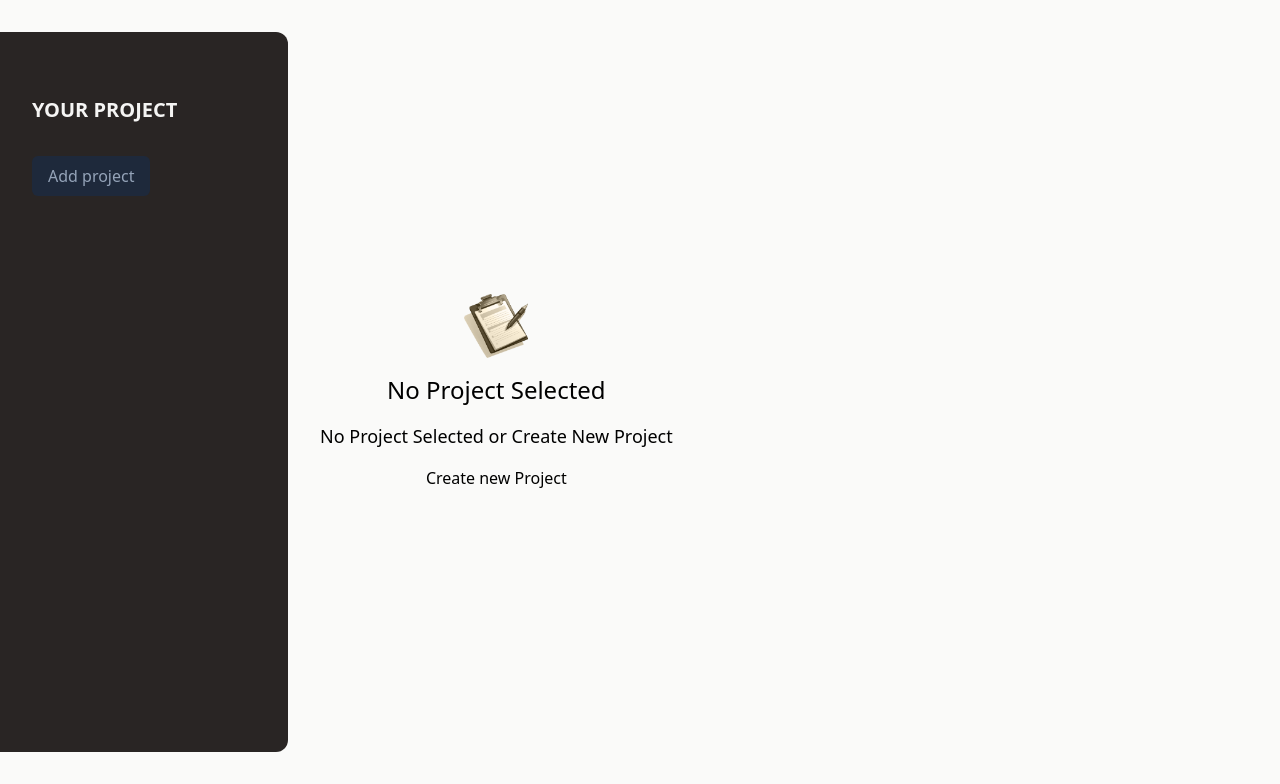
Repository: sibi24sibi/todo-list-using-reactjs
Page: /
These files come from the project's save history. The page is drawn as it stood at one moment and after the next save; the edit follows.
The browser window is 1280 px wide. The pictures show the whole page.
The project was rebuilt for these pictures with package versions that can differ from the ones it lists, and the page was loaded fresh each time. Also part of the build but not shown: vite.config.js, src/Components/Input.jsx, src/Components/NewProjects.jsx.

Above is the page before, as saved 2024-06-24 14:47:13.

After the next save:
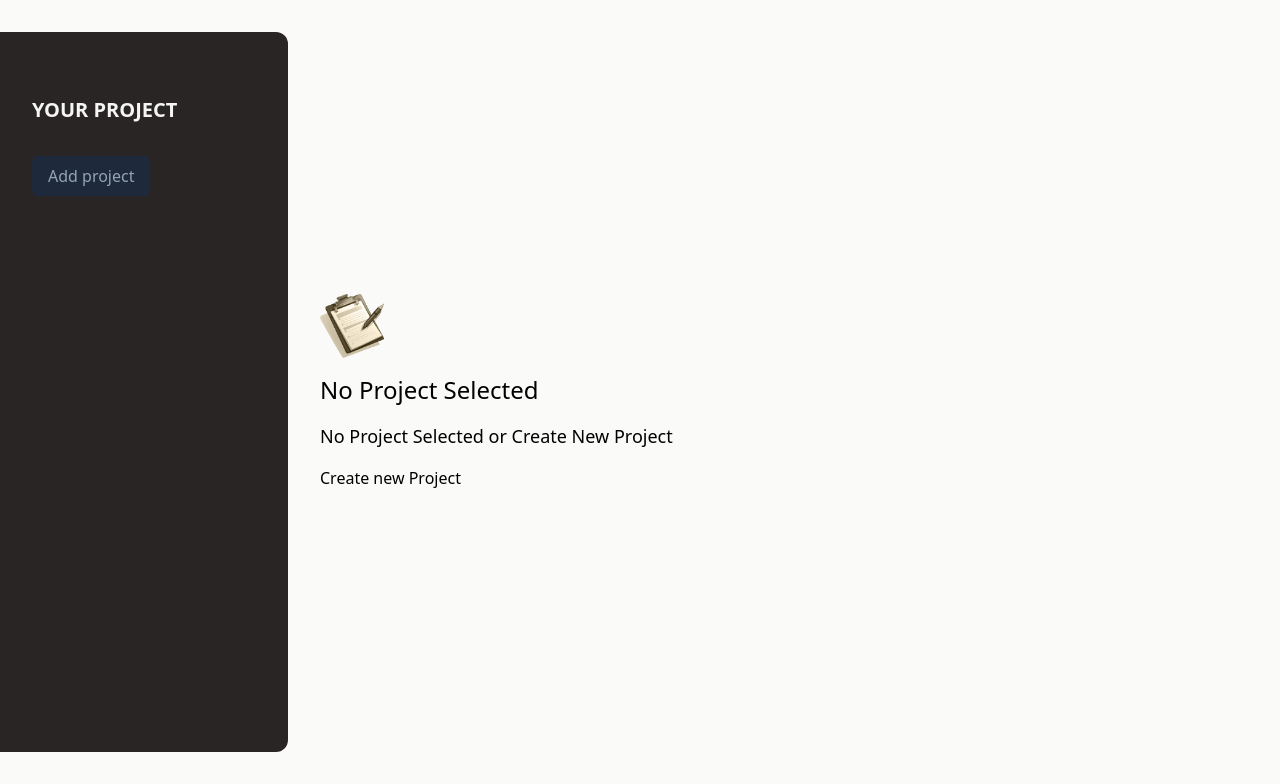
Saved 12 s later.
--- a/src/Components/NoProjects.jsx
+++ b/src/Components/NoProjects.jsx
@@ -2,7 +2,7 @@
 
 export default function Noprojects() {
   return (
-    <div className="flex flex-col gap-4 justify-center items-center">
+    <div className="flex flex-col gap-4 justify-center">
       <img src={noProjects} alt="No Projects" className="w-16 h-16" />
       <h2 className="text-2xl ">No Project Selected</h2>
       <p className=" text-lg">No Project Selected or Create New Project</p>

After the save that followed:
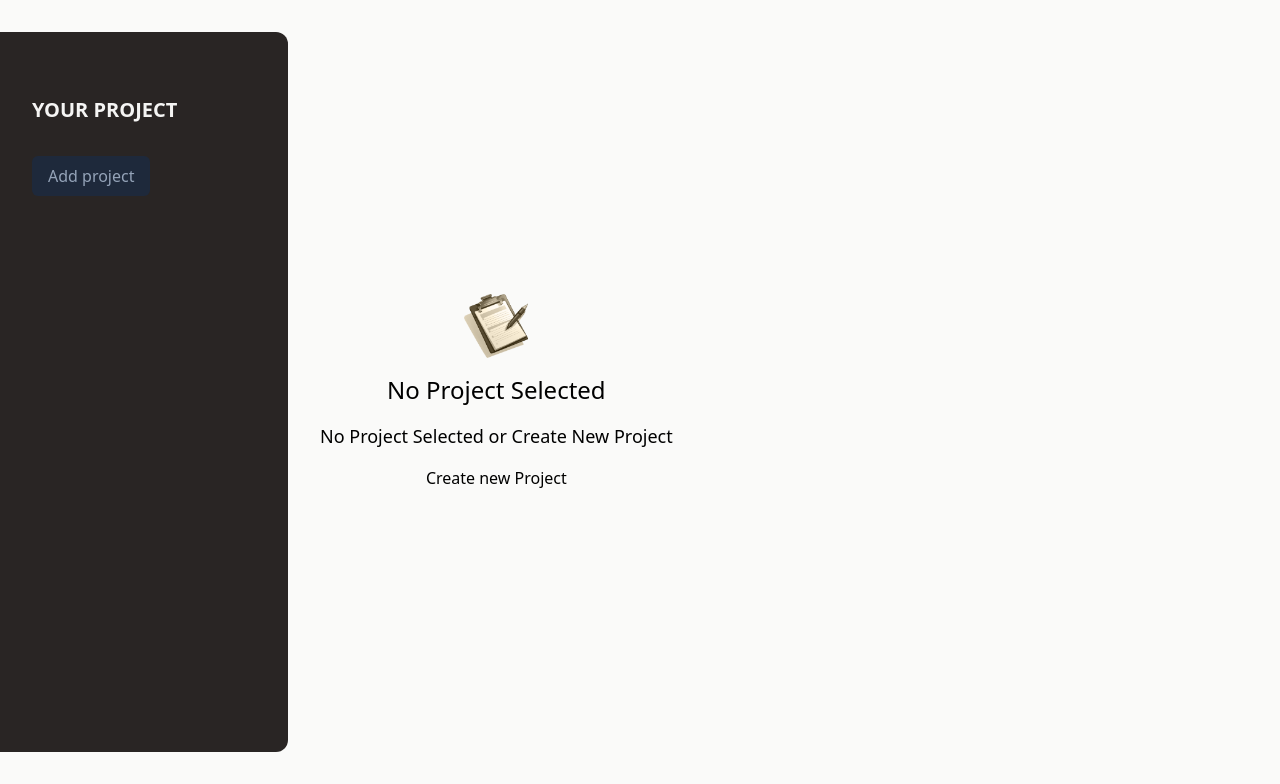
Saved 10 s later.
--- a/src/Components/NoProjects.jsx
+++ b/src/Components/NoProjects.jsx
@@ -2,7 +2,7 @@
 
 export default function Noprojects() {
   return (
-    <div className="flex flex-col gap-4 justify-center">
+    <div className="flex flex-col gap-4 justify-center items-center">
       <img src={noProjects} alt="No Projects" className="w-16 h-16" />
       <h2 className="text-2xl ">No Project Selected</h2>
       <p className=" text-lg">No Project Selected or Create New Project</p>
